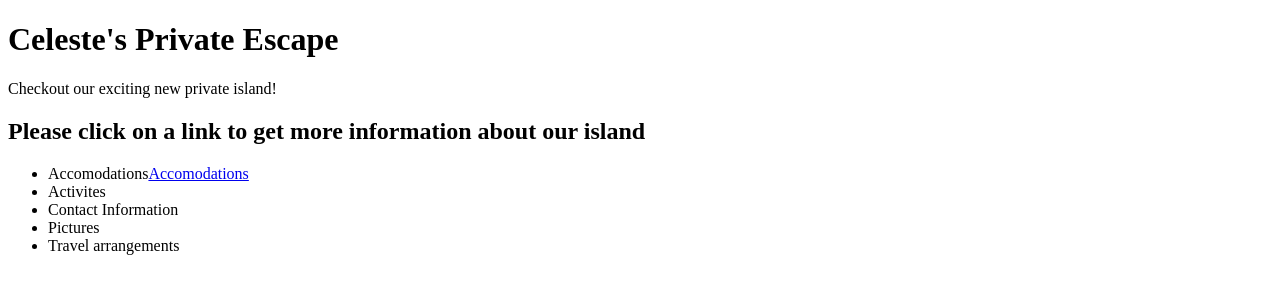
Repository: fieldceleste/island-resort
Page: island-resort.html
The author's editor kept a copy of each file at every save. The page is drawn from the files as they stood at one save, then again after the next save.
The browser window is 1280 px wide. The pictures show the whole page.

Above is the page before, as saved 2019-10-27 16:25:44.

### island-resort.html
<!DOCTYPE html>
<html>
<body>
 <title>Celeste's Paradise Island</title>
<h1>Celeste's Private Escape</h1>

<p>Checkout our exciting new private island!</p>

<h2>Please click on a link to get more information about our island</h2>
<p>
<ul>
  <li>Accomodations<a href="file:///Users/apple/Desktop/island-resort/activites.html">Accomodations</a></li>
  <li>Activites</li>
  <li>Contact Information</li>
  <li>Pictures</li>
  <li>Travel arrangements</li>
</ul>

</p>
</body>
</html>

After the next save:
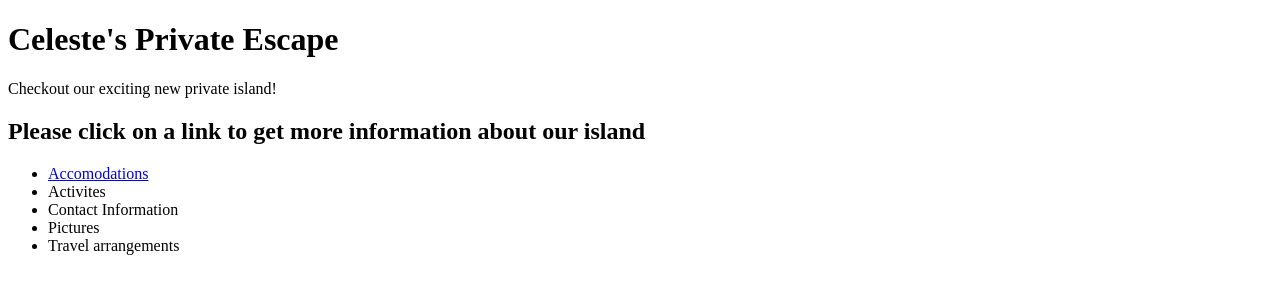
Saved 18 s later.
--- a/island-resort.html
+++ b/island-resort.html
@@ -9,7 +9,7 @@
 <h2>Please click on a link to get more information about our island</h2>
 <p>
 <ul>
-  <li>Accomodations<a href="file:///Users/apple/Desktop/island-resort/activites.html">Accomodations</a></li>
+  <li><a href="file:///Users/apple/Desktop/island-resort/activites.html">Accomodations</a></li>
   <li>Activites</li>
   <li>Contact Information</li>
   <li>Pictures</li>
